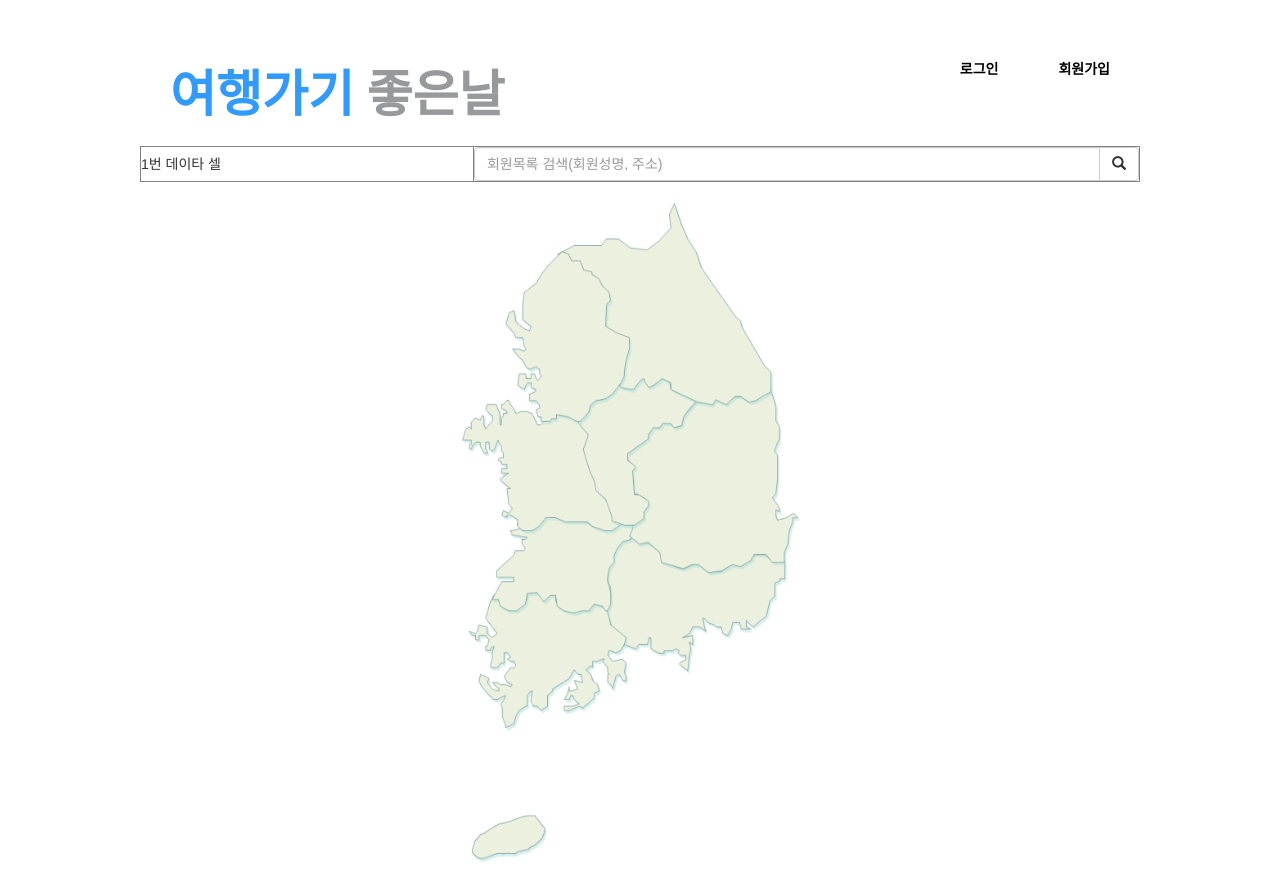
Repository: Hotmintchoco/teamProject1
Page: http://localhost/tripProject/mypage.jsp
An editor plug-in stored every save of this project. The page is shown before and after the next save, followed by the edit.
The browser window is 1280 px wide. The pictures show the whole page.
Some web fonts or font styles are not loaded; a fallback is used. The page is served by Tomcat 9. Nobody is signed in. The application's start-up code is not run.

Above is the page before, as saved 2022-07-02 11:23:30.

After the next save:
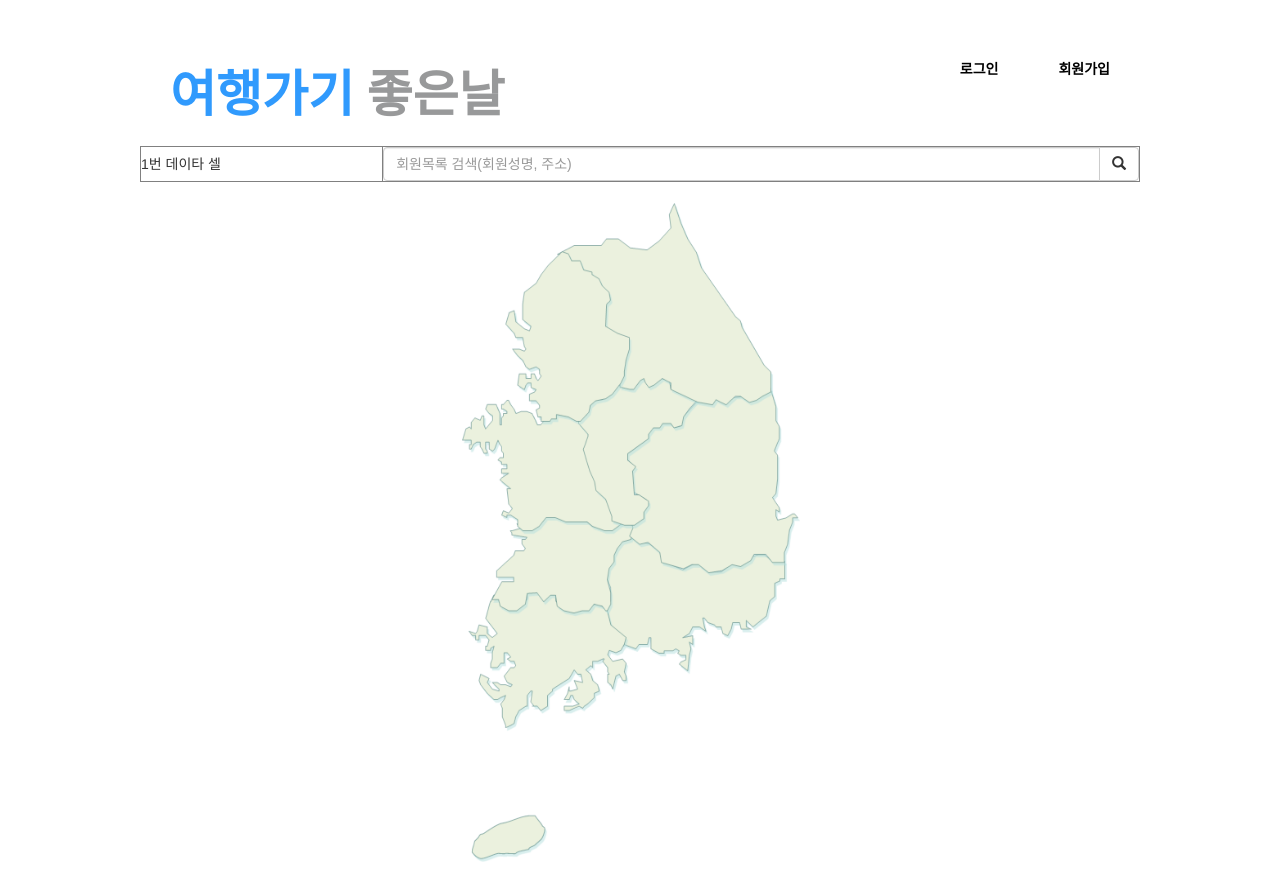
Saved 44 s later.
--- a/tripProject/src/main/webapp/mypage.jsp
+++ b/tripProject/src/main/webapp/mypage.jsp
@@ -41,8 +41,8 @@
 		<table border="" style="width: 100%;">
 			<tbody>
 				<tr style="width: 100%;">
-					<td style="width: 33%;">1번 데이타 셀</td>
-					<td style="width: 66%;">
+					<td style="width: 24%;">1번 데이타 셀</td>
+					<td style="width: 75%;">
 					<form action="memberForm.jsp">
 						<div class="input-group">
 							<input type="text" class="form-control" name="search"
